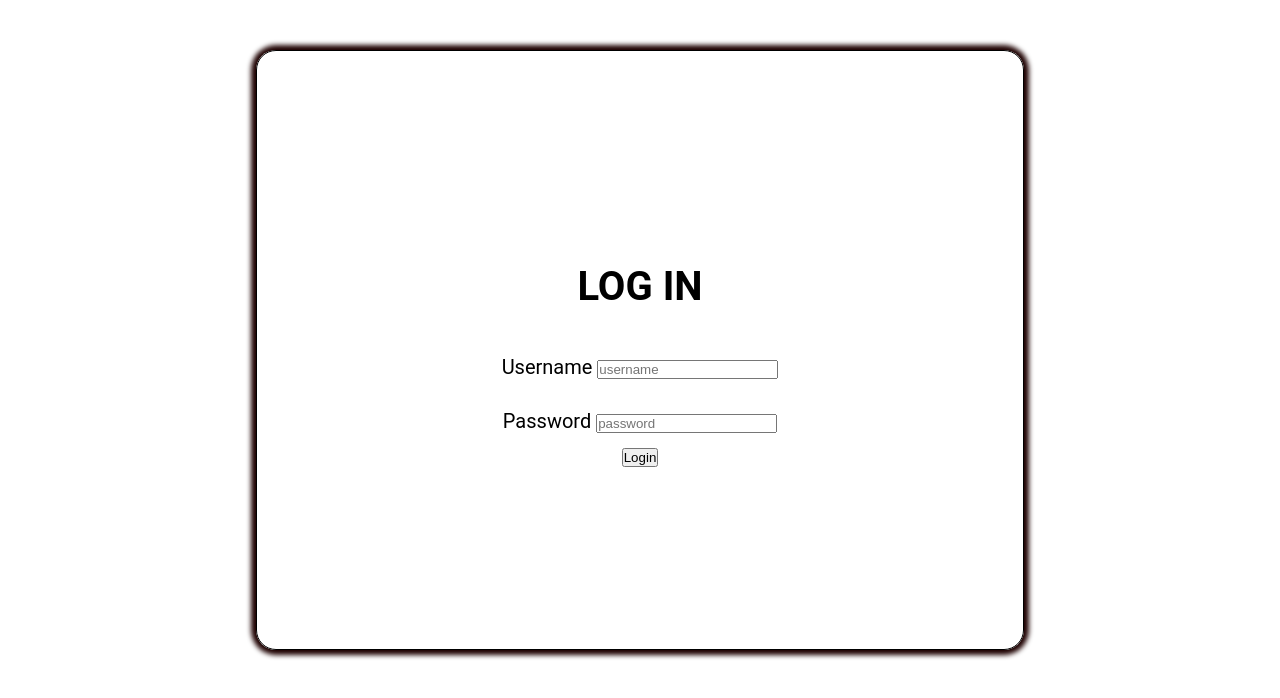
Repository: huyna1707/learning-git
Page: index.html
The author's editor kept a copy of each file at every save. The page is drawn from the files as they stood at one save, then again after a run of saves.
The browser window is 1280 px wide. The pictures show the whole page.

Above is the page before, as saved 2024-08-09 23:23:07.

After the next 2 saves:
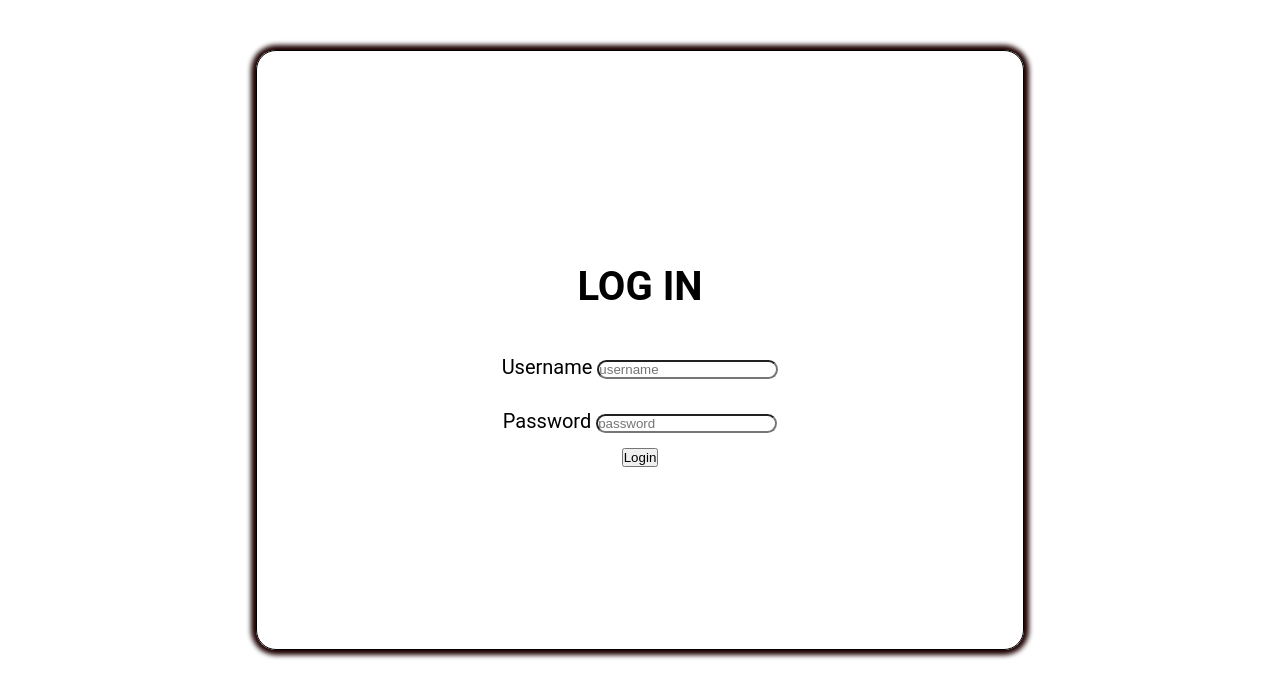
The 2 saves are shown as one change because they came seconds apart.
The last was saved 6 s later.
--- a/style.css
+++ b/style.css
@@ -35,5 +35,5 @@ form label{
     margin: 15px ;
 }
 form input{
-    ;
+    border-radius: 20px;
 }
